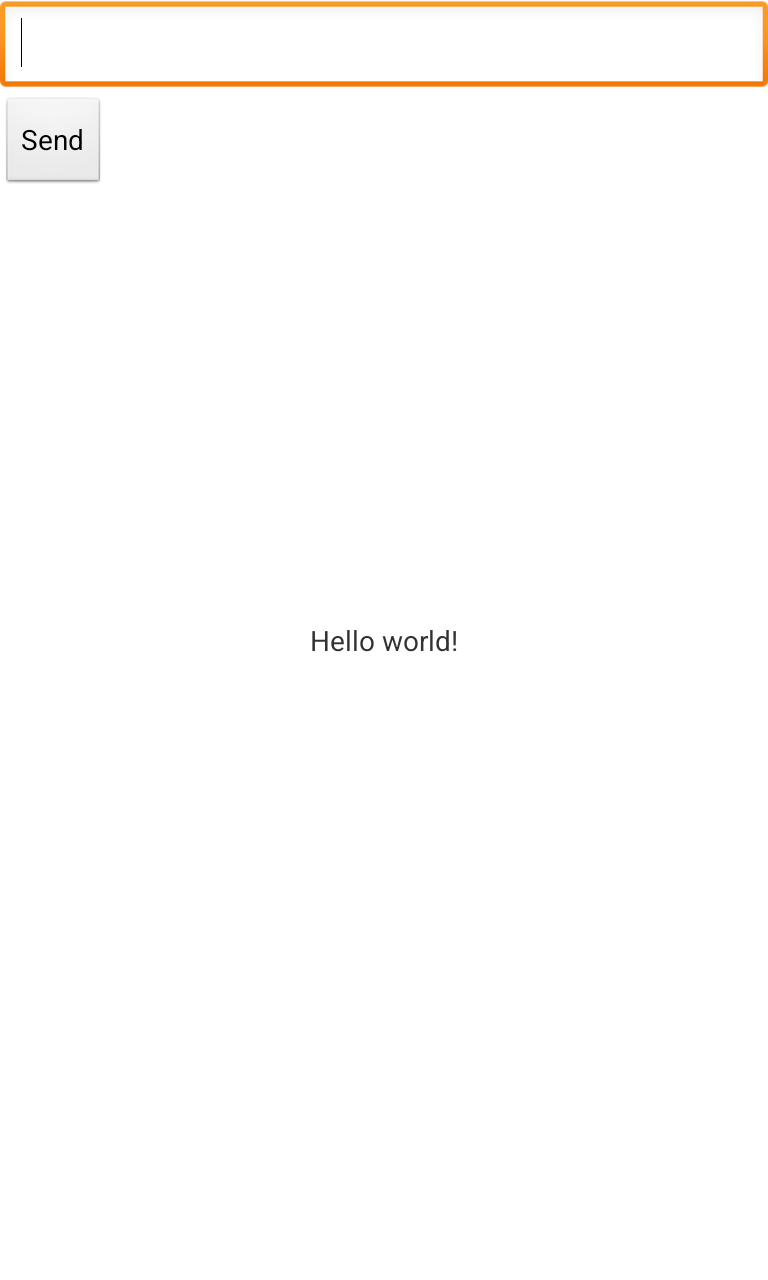
Repository: Shadow55AA/Archive-Android
Layout: SocketsClient/SocketsClient/res/layout/activity_sockets_client.xml
These files come from the project's save history. The layout is drawn as it stood at one moment and after the next save; the edit follows.
It is drawn on a 768 x 1280 px phone screen (xhdpi) without system bars, with theme AppTheme; the app's code is not run.

Above is the layout before, as saved 2012-08-31 22:38:09.

### SocketsClient/SocketsClient/res/layout/activity_sockets_client.xml
<RelativeLayout xmlns:android="http://schemas.android.com/apk/res/android"
    xmlns:tools="http://schemas.android.com/tools"
    android:layout_width="match_parent"
    android:layout_height="match_parent" >

    <TextView
        android:layout_width="wrap_content"
        android:layout_height="wrap_content"
        android:layout_centerHorizontal="true"
        android:layout_centerVertical="true"
        android:text="@string/hello_world"
        tools:context=".SocketsClient" />

    <EditText
        android:id="@+id/outtext"
        android:layout_width="wrap_content"
        android:layout_height="wrap_content"
        android:layout_alignParentLeft="true"
        android:layout_alignParentRight="true"
        android:layout_alignParentTop="true"
        android:ems="10"
        android:inputType="text" >

        <requestFocus />
    </EditText>

    <Button
        android:id="@+id/button1"
        android:layout_width="wrap_content"
        android:layout_height="wrap_content"
        android:layout_alignParentLeft="true"
        android:layout_below="@+id/outtext"
        android:text="@string/btn_send" />

</RelativeLayout>

### SocketsClient/SocketsClient/res/values/strings.xml
<resources>

    <string name="app_name">SocketsClient</string>
    <string name="hello_world">Hello world!</string>
    <string name="menu_settings">Settings</string>
    <string name="title_activity_sockets_client">SocketsClient</string>
    <string name="btn_send">Send</string>

</resources>

Loaded but not shown: SocketsClient/SocketsClient/res/values/styles.xml (common file)

After the next save:
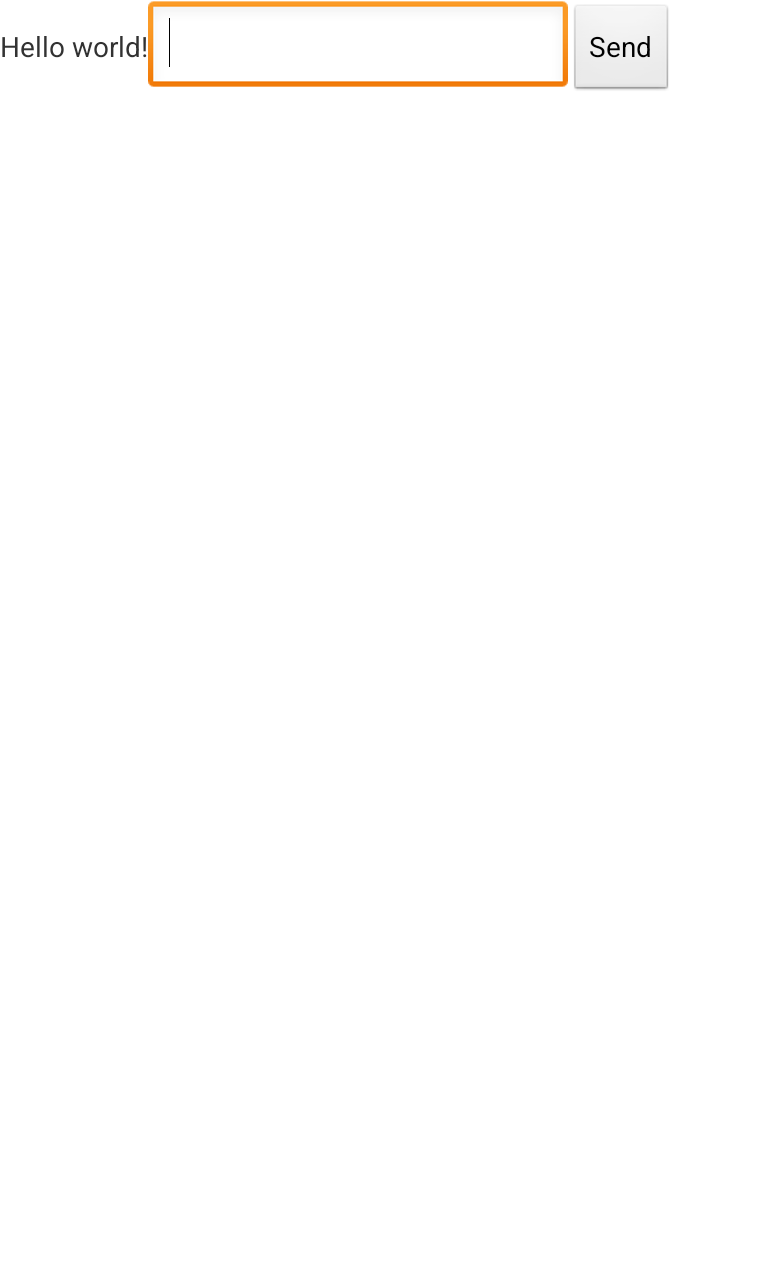
Saved 6 min 19 s later.
--- a/SocketsClient/SocketsClient/res/layout/activity_sockets_client.xml
+++ b/SocketsClient/SocketsClient/res/layout/activity_sockets_client.xml
@@ -1,4 +1,4 @@
-<RelativeLayout xmlns:android="http://schemas.android.com/apk/res/android"
+<LinearLayout xmlns:android="http://schemas.android.com/apk/res/android"
     xmlns:tools="http://schemas.android.com/tools"
     android:layout_width="match_parent"
     android:layout_height="match_parent" >
@@ -6,8 +6,6 @@
     <TextView
         android:layout_width="wrap_content"
         android:layout_height="wrap_content"
-        android:layout_centerHorizontal="true"
-        android:layout_centerVertical="true"
         android:text="@string/hello_world"
         tools:context=".SocketsClient" />
 
@@ -15,9 +13,6 @@
         android:id="@+id/outtext"
         android:layout_width="wrap_content"
         android:layout_height="wrap_content"
-        android:layout_alignParentLeft="true"
-        android:layout_alignParentRight="true"
-        android:layout_alignParentTop="true"
         android:ems="10"
         android:inputType="text" >
 
@@ -28,8 +23,6 @@
         android:id="@+id/button1"
         android:layout_width="wrap_content"
         android:layout_height="wrap_content"
-        android:layout_alignParentLeft="true"
-        android:layout_below="@+id/outtext"
         android:text="@string/btn_send" />
 
-</RelativeLayout>
+</LinearLayout>
